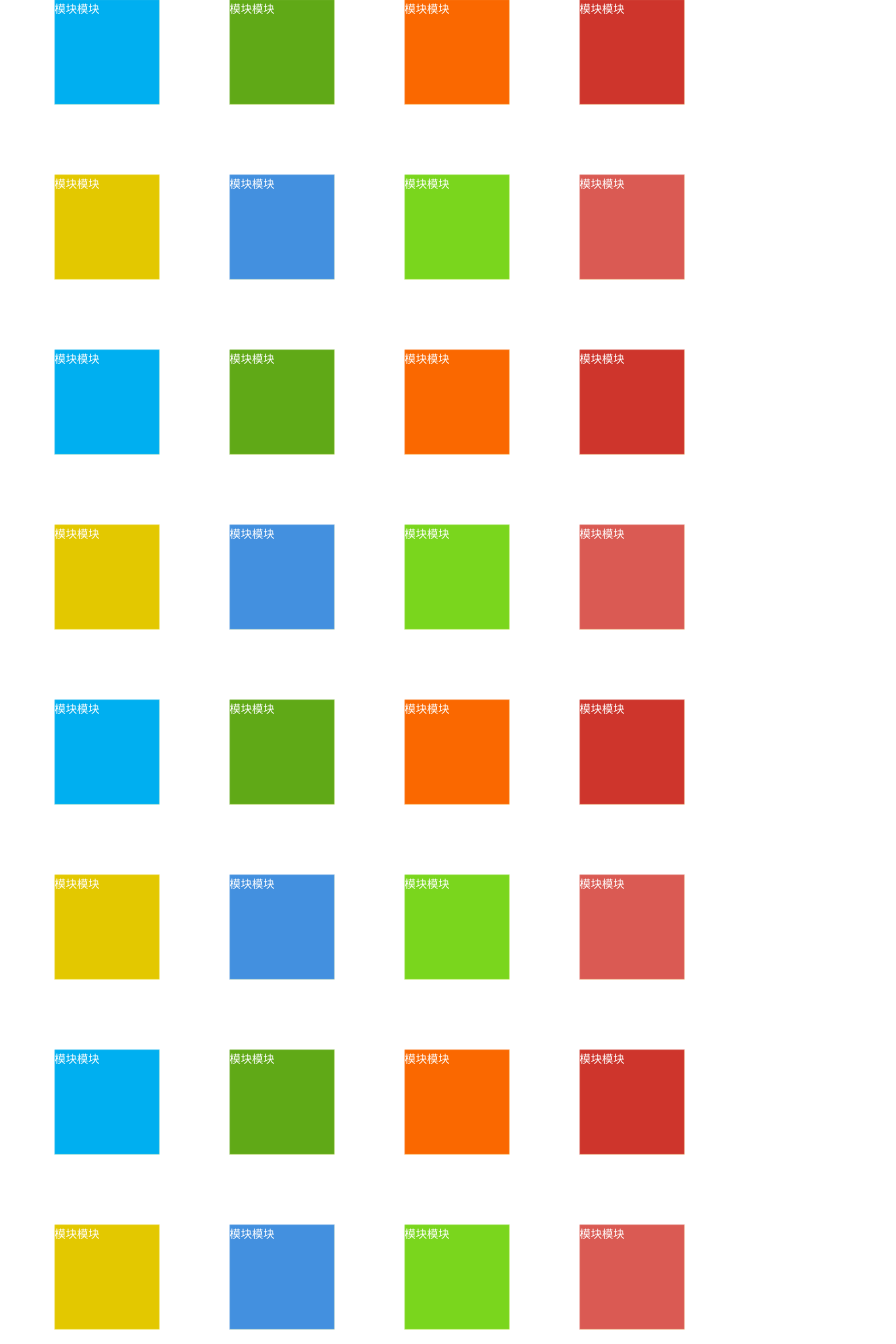
Repository: GaoChengliang/summerTask
Page: Campus_gcl/WebRoot/index/index.html
An editor plug-in stored every save of this project. The page is shown before and after the next save, followed by the edit.
The browser window is 1280 px wide. The pictures show the part of the page from y = 858 to 2778 px (the page is 3308 px tall before and 2808 px after), at 70% of full size.

Above is the page before, as saved 2015-08-14 01:49:34.
Console error: ReferenceError: $ is not defined

After the next save:
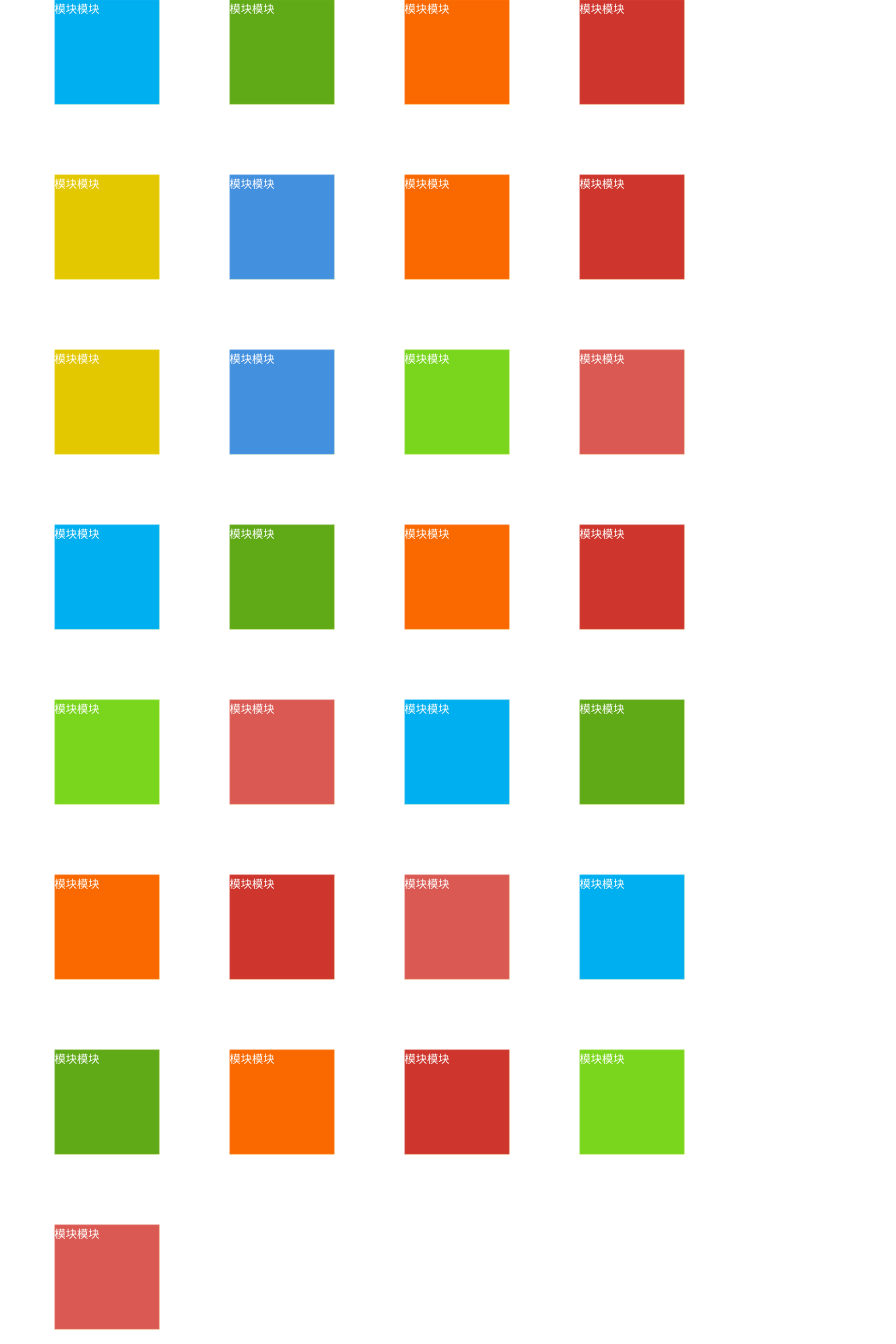
Saved 97 s later.
--- a/Campus_gcl/WebRoot/index/index.html
+++ b/Campus_gcl/WebRoot/index/index.html
@@ -91,21 +91,10 @@
         				 <div class="tile-square bg-lightBlue fg-white">
               		 		模块模块
         				 </div>
-        				 <div class="tile-square bg-lightGreen fg-white">
-              		 		模块模块
-        				 </div>
-        				 <div class="tile-square bg-lightRed fg-white">
-              		 		模块模块
-        				 </div>
 					</div>
 
 					<div class="tab-pane fade" id="campus_office">
-						  <div class="tile-square bg-blue fg-white">
-              		 		模块模块
-        				 </div>
-        				 <div class="tile-square bg-green fg-white">
-              		 		模块模块
-        				 </div>
+
         				 <div class="tile-square bg-orange fg-white">
               		 		模块模块
         				 </div>
@@ -139,12 +128,7 @@
         				 <div class="tile-square bg-red fg-white">
               		 		模块模块
         				 </div>
-        				 <div class="tile-square bg-yellow fg-white">
-              		 		模块模块
-        				 </div>
-        				 <div class="tile-square bg-lightBlue fg-white">
-              		 		模块模块
-        				 </div>
+
         				 <div class="tile-square bg-lightGreen fg-white">
               		 		模块模块
         				 </div>
@@ -166,15 +150,7 @@
         				 <div class="tile-square bg-red fg-white">
               		 		模块模块
         				 </div>
-        				 <div class="tile-square bg-yellow fg-white">
-              		 		模块模块
-        				 </div>
-        				 <div class="tile-square bg-lightBlue fg-white">
-              		 		模块模块
-        				 </div>
-        				 <div class="tile-square bg-lightGreen fg-white">
-              		 		模块模块
-        				 </div>
+
         				 <div class="tile-square bg-lightRed fg-white">
               		 		模块模块
         				 </div>
@@ -193,12 +169,7 @@
         				 <div class="tile-square bg-red fg-white">
               		 		模块模块
         				 </div>
-        				 <div class="tile-square bg-yellow fg-white">
-              		 		模块模块
-        				 </div>
-        				 <div class="tile-square bg-lightBlue fg-white">
-              		 		模块模块
-        				 </div>
+
         				 <div class="tile-square bg-lightGreen fg-white">
               		 		模块模块
         				 </div>
